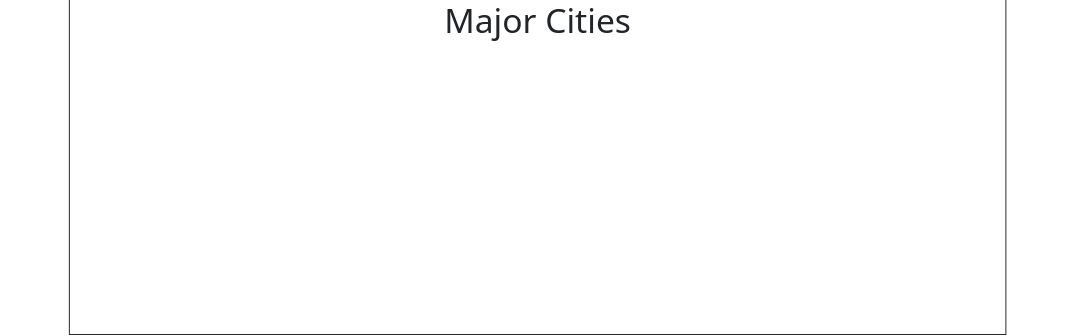
Repository: AishwaryaPandey987/PGLife
Page: home.html
These files come from the project's save history. The page is drawn as it stood at one moment and after the next save; the edit follows.
The browser window is 1280 px wide. The pictures show the part of the page from y = 451 to 1778 px (the page is 850 px tall before and 1778 px after), at 84% of full size.

Above is the page before, as saved 2022-10-29 21:35:36.

### home.html
<!DOCTYPE html>
<html>
  <head>
    <title>PGLife</title>
    <meta name="viewport" content="width=device-width, initial-scale=1" />
    <link rel="stylesheet" href="bootstrap.min.css" type="text/css" />
    <link rel="stylesheet" href="bootstrap.css" type="text/css" />
    <link rel="stylesheet" href="css/style.css" />
  </head>
  <body>
    <div class="container">
      <nav class="navbar navbar-default">
        <div class="container-fluid">
          <div class="navbar-header">
            <a href="#" class="navbar-brand"><img src="img/logo.png" /></a>
          </div>

          <ul class="nav navbar-nav">
            <li class="active"><a href="#">Signup </a></li>
            <li><a href="#"> Login</a></li>
          </ul>
        </div>
      </nav>

      <div class="img">
        <img src="img/bg.png" alt="" class="bg" />
      </div>

      <div class="scroll">
      <div class="container">
        <h1>Major Cities</h1>
      </div>
    </div>
      <div class="footer"></div>
    </div>
  </body>
</html>

### css/style.css
.navbar{
  height: 100px;
  border: 1px solid black;
  width: 100%;
}
.navbar-header{
  border: 1px solid black;
}

img{
  height: 30%;
  width: 30%;
}
.nav{
  flex-direction: row;

}
.img{
  border: 1px solid black;
  height: 350px;
}
.bg{

  height: 350px;
  width: 100%;


}
.scroll{
  border: 1px solid black;
  height: 400px;
  width: 100%;

}
h1{
  text-align: center;
}

Loaded but not shown: bootstrap.min.css (library); bootstrap.css (library)

After the next save:
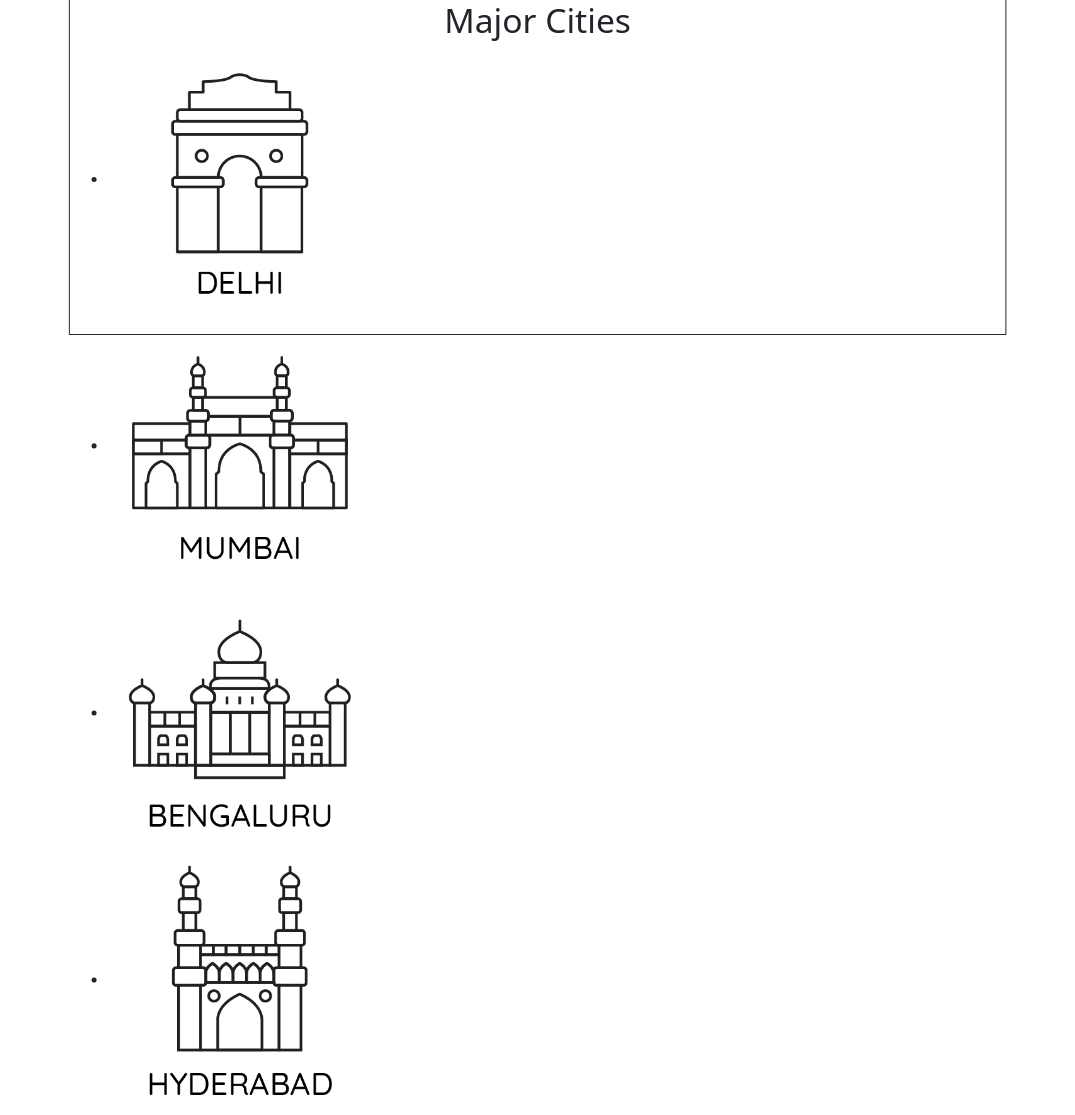
Saved 4 min 30 s later.
--- a/home.html
+++ b/home.html
@@ -29,6 +29,12 @@
       <div class="scroll">
       <div class="container">
         <h1>Major Cities</h1>
+        <ul class="cities">
+          <li><img src="img/delhi.png" alt=""></li>
+          <li><img src="img/mumbai.png" alt=""></li>
+          <li><img src="img/bangalore.png" alt=""></li>
+          <li><img src="img/hyderabad.png" alt=""></li>
+        </ul>
       </div>
     </div>
       <div class="footer"></div>
